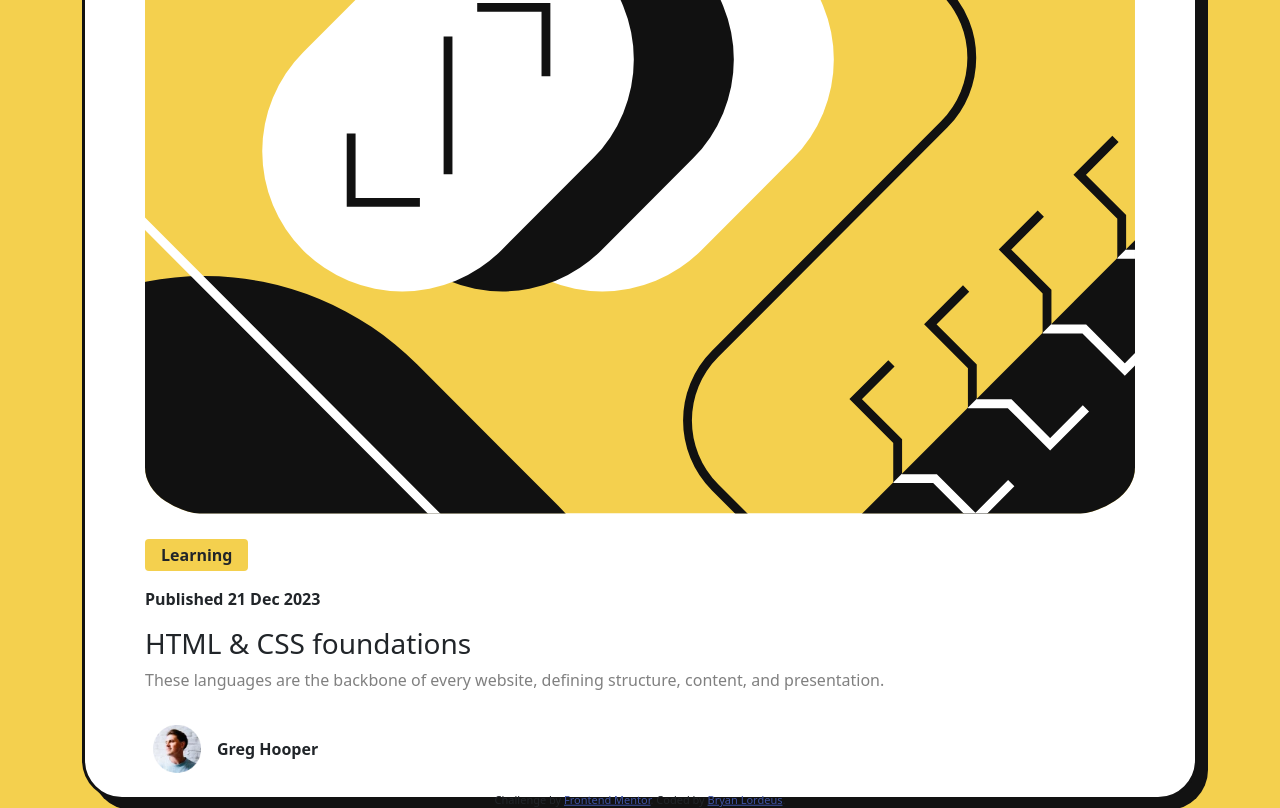
Repository: blordeus/blog-preview-card
Page: index.html
The author's editor kept a copy of each file at every save. The page is drawn from the files as they stood at one save, then again after a run of saves.
The browser window is 1280 px wide. The pictures show the whole page.
The style sheet was rebuilt from its Sass, Less or Tailwind sources for each picture, by a compiler version that may differ from the author's.

Above is the page before, as saved 2024-02-10 11:47:25.

### index.html
<!DOCTYPE html>
<html lang="en">
<head>
  <meta charset="UTF-8">
  <meta name="viewport" content="width=device-width, initial-scale=1.0"> <!-- displays site properly based on user's device -->

  <link rel="icon" type="image/png" sizes="32x32" href="./assets/images/favicon-32x32.png">
  <link rel="stylesheet" href="style.css">
  <link href="https://cdn.jsdelivr.net/npm/bootstrap@5.1.3/dist/css/bootstrap.min.css" rel="stylesheet" integrity="sha384-1BmE4kWBq78iYhFldvKuhfTAU6auU8tT94WrHftjDbrCEXSU1oBoqyl2QvZ6jIW3" crossorigin="anonymous">
  <title>Frontend Mentor | Blog preview card</title>

</head>
<body class="yellow-bg container">
<main class=" white-bg black-shadow row px-lg-5 mx-auto py-3">
      <img class="img-header rounded-edges" src="assets\images\illustration-article.svg" alt="header image">
      <div class="mt-4">
        <p class="yellow-bg d-inline-block px-3 py-1 rounded fw-bold">Learning</p>
      </div>
      <p class="fw-bold">Published 21 Dec 2023</p>
      <h1 class="h3">HTML & CSS foundations</h1>
      <p class="grey-text">These languages are the backbone of every website, defining structure, content, and presentation.</p>

      <div class="d-flex gap-2 pt-2 align-items-center">
        <img class="greg" src="assets\images\image-avatar.webp" alt="author image">
        <p class="mt-3 fw-bold">Greg Hooper</p>
      </div>

</main>
<div class="attribution d-none d-sm-block translate-middle-y">
    Challenge by <a href="https://www.frontendmentor.io?ref=challenge" target="_blank">Frontend Mentor</a>.
    Coded by <a href="www.bryanlordeus.com">Bryan Lordeus</a>.
  </div>
</body>
</html>

### style.scss
@font-face {
    font-family: Figtree;
    src: url(./assets/fonts/Figtree-VariableFont_wght.ttf);
}

@font-face {
    font-family: Figtree-Italic;
    src: url(./assets/fonts/Figtree-Italic-VariableFont_wght.ttf) format("truetype");
    font-style: italic;
}

// Primary

$Yellow: hsl(47, 88%, 63%);

// Neutral

$White: hsl(0, 0%, 100%);
$Grey: hsl(0, 0%, 50%);
$Black: hsl(0, 0%, 7%);

//reset

* {
    margin: 0;
    padding: 0;
    box-sizing: border-box;
}

body {
    font-family: Figtree;
    //100vh
    height: 100vh;
    display: flex;
    flex-direction: column;
    justify-content: center;
    align-items: center;
}

main{
    border-radius: 10px;
    //translate vertically to center of screen
}

.rounded-edges {
    border-radius: 5%;
}

p {
    font-size: 16px;
}


.yellow-bg {
    background-color: $Yellow;

}

.black-bg {
    background-color: $Black;
}

//create a black shadow for the box that offsets to the right and bottom

.black-shadow {
    box-shadow: 10px 10px 0px $Black;
    border: 2px solid $Black;
}

.grey-text {
    color: $Grey;
}

.white-bg {
    background-color: $White;
}

.black-text {
    color: $Black;
}

.greg {
    scale: 0.75;
}

.attribution { font-size: 11px; text-align: center; }
.attribution a { color: hsl(228, 45%, 44%); }

//media query for desktop

@media (min-width: 768px) {
    .black-shadow {
        box-shadow: 10px 10px 0px $Black;
        border: 3px solid $Black;
    }

    //reduce main box size and center it to screen

    main {
        border-radius: 40px;
        //translate box to center of screen
        margin: auto;
    }

    .rounded-edges {
        border-radius: 8%;
    }

}

After the next 2 saves:
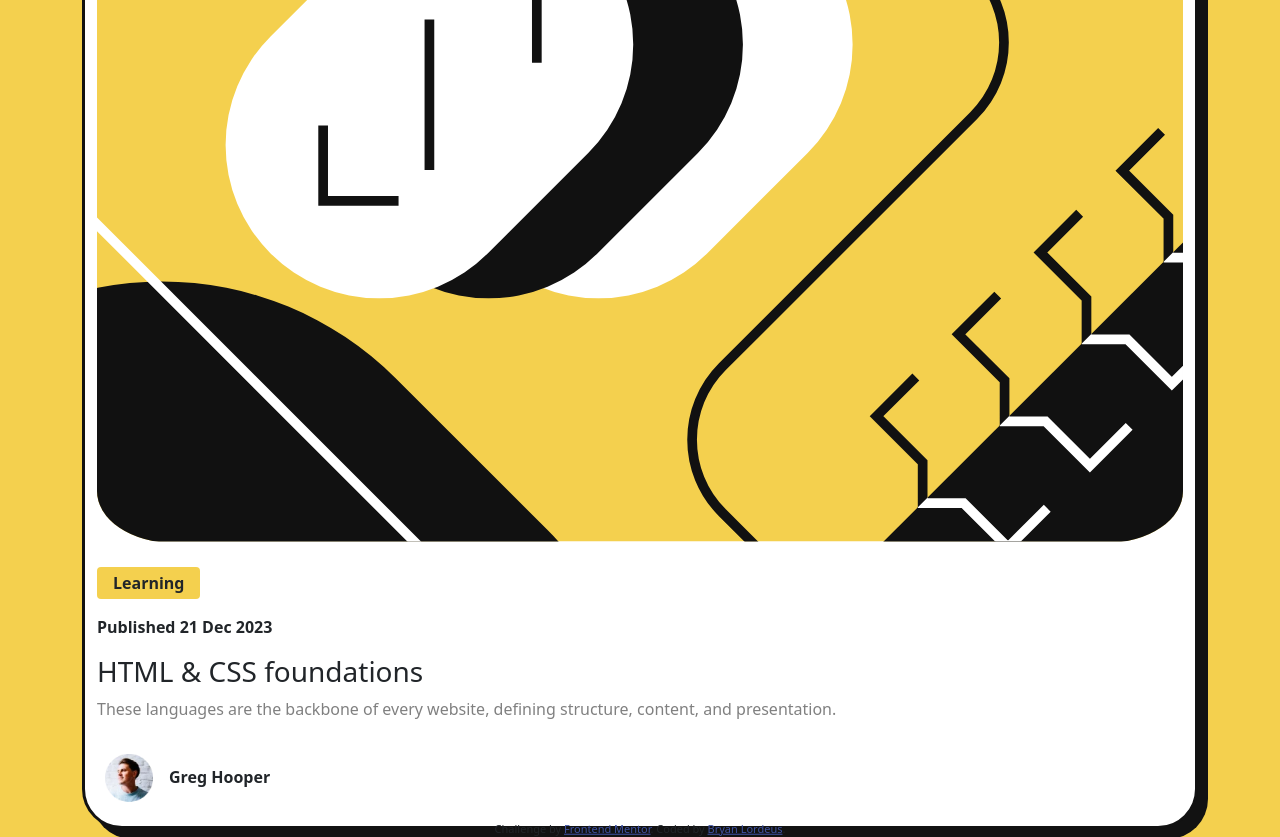
The 2 saves are shown as one change because they came seconds apart.
The last was saved 9 s later.
--- a/index.html
+++ b/index.html
@@ -11,7 +11,7 @@
 
 </head>
 <body class="yellow-bg container">
-<main class=" white-bg black-shadow row px-lg-5 mx-auto py-3">
+<main class=" white-bg black-shadow row  mx-auto py-3">
       <img class="img-header rounded-edges" src="assets\images\illustration-article.svg" alt="header image">
       <div class="mt-4">
         <p class="yellow-bg d-inline-block px-3 py-1 rounded fw-bold">Learning</p>
